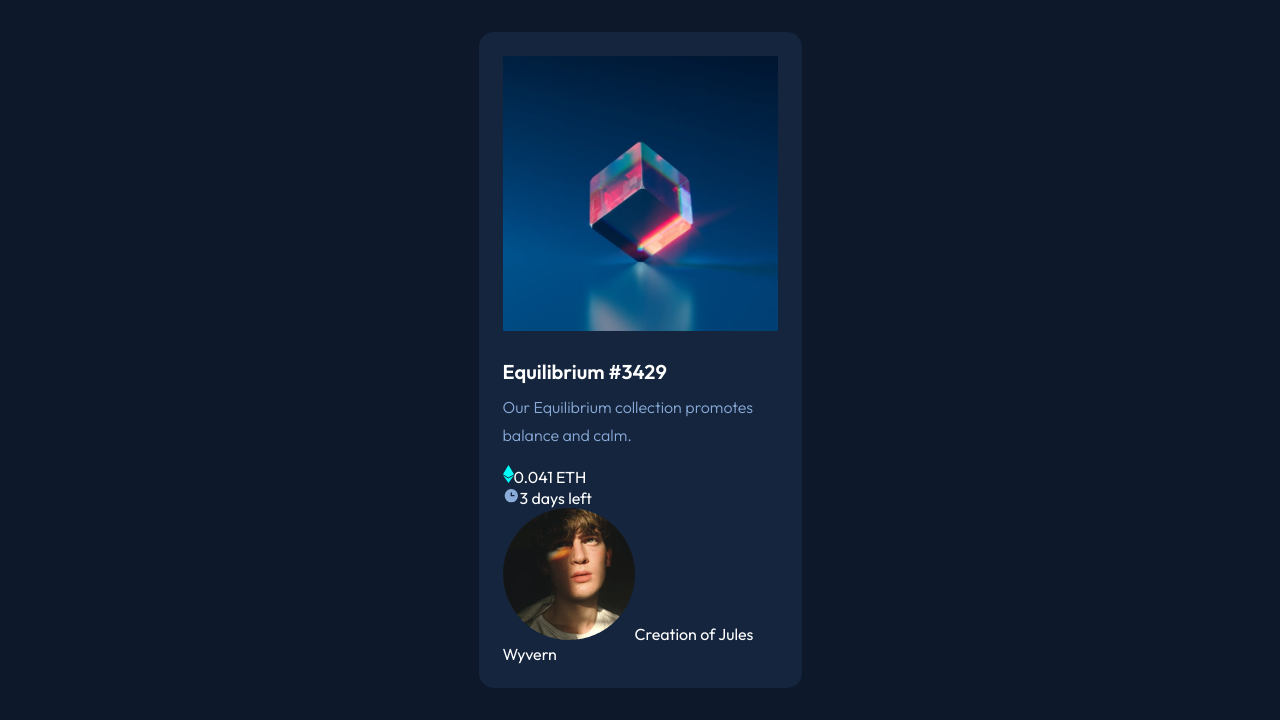
Repository: VAL1DOL-web/fm-NFT-preview-card-component
Page: index.html
These files come from the project's save history. The page is drawn as it stood at one moment and after the next save; the edit follows.
The browser window is 1280 px wide. The pictures show the whole page.

Above is the page before, as saved 2024-01-07 15:42:15.

### index.html
<!DOCTYPE html>
<html lang="en">
<head>
  <meta charset="UTF-8">
  <meta name="viewport" content="width=device-width, initial-scale=1.0"> <!-- displays site properly based on user's device -->

  <link rel="icon" type="image/png" sizes="32x32" href="./images/favicon-32x32.png">
  <link rel="stylesheet" href="style.css">

  <title>NFT preview card component</title>

</head>
<body>
  <div class="card">
    <div class="image">
      <img src="images/image-equilibrium.jpg" alt="" class="mainImg" >
    </div>
    <h3>Equilibrium #3429</h3>
    <div class="description">
      Our Equilibrium collection promotes balance and calm.
    </div>
    <div class="price-days">
      <div class="price">
        <img src="images/icon-ethereum.svg" alt="">0.041 ETH
      </div>
      <div class="days"><img src="images/icon-clock.svg" alt="">3 days left</div>
    </div>
    <div class="creator">
      <img src="images/image-avatar.png" alt="">Creation of <span>Jules Wyvern</span>
    </div>
  </div>
</body>
</html>

### style.css
@import url('https://fonts.googleapis.com/css2?family=Outfit:wght@300;400;600&display=swap');

* {
    margin: 0;
    padding: 0;
  }
body {
    background: hsl(217, 54%, 11%);
    width: 100%;
    height: 100vh;
    color:white;
    display: flex;
    justify-content: center;
    align-items: center;
    font-family: 'Outfit', sans-serif;
  }
.card {
    background-color:hsl(216, 50%, 16%);
    border-radius:15px;
    width: 275px;
    padding: 1.5rem;
}
.image {
    position: relative;
}
.mainImg {
    width: 100%;
    height: 100%;
}
h3 {
    margin-top: 1.5rem;
    font-size:20px ;
    font-weight: 600;
}
.description {
    margin: 0.6rem 0 1rem 0;
    color:hsl(215, 51%, 70%);
    line-height: 28px;
    font-weight: 300;
}

After the next save:
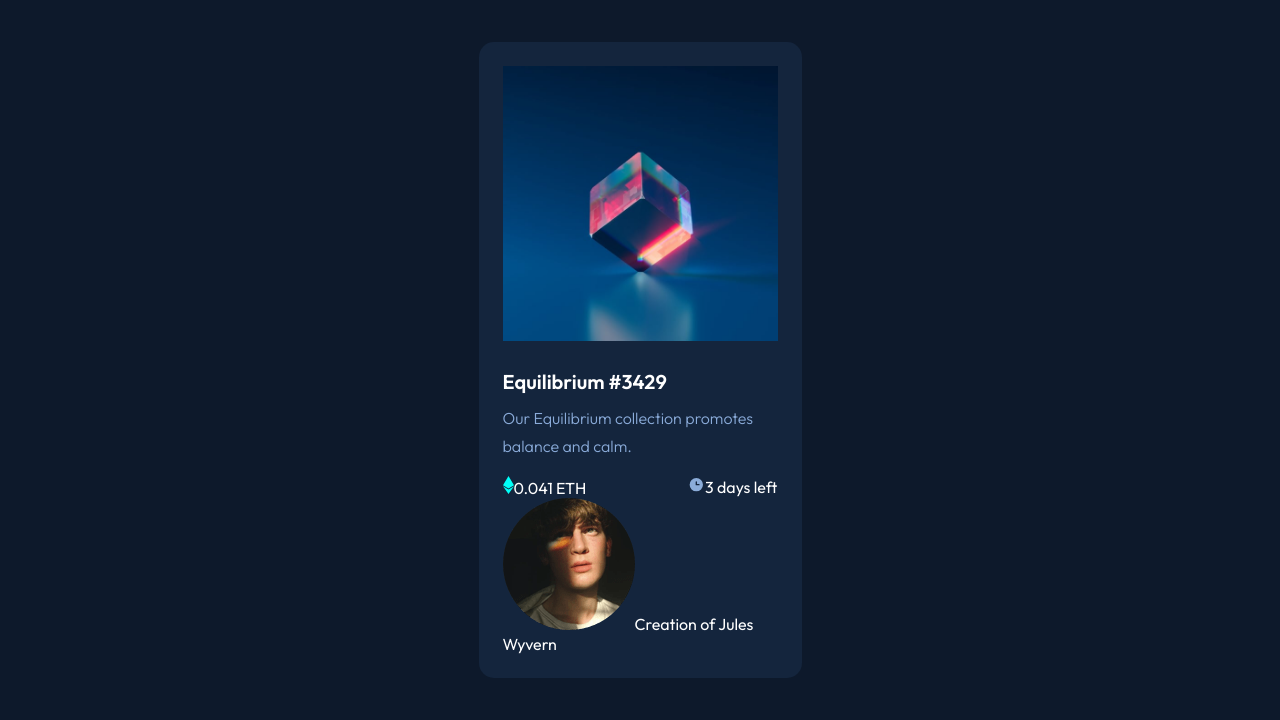
Saved 49 s later.
--- a/style.css
+++ b/style.css
@@ -38,3 +38,7 @@
     line-height: 28px;
     font-weight: 300;
 }
+.price-days {
+    display: flex;
+    justify-content: space-between;
+}
